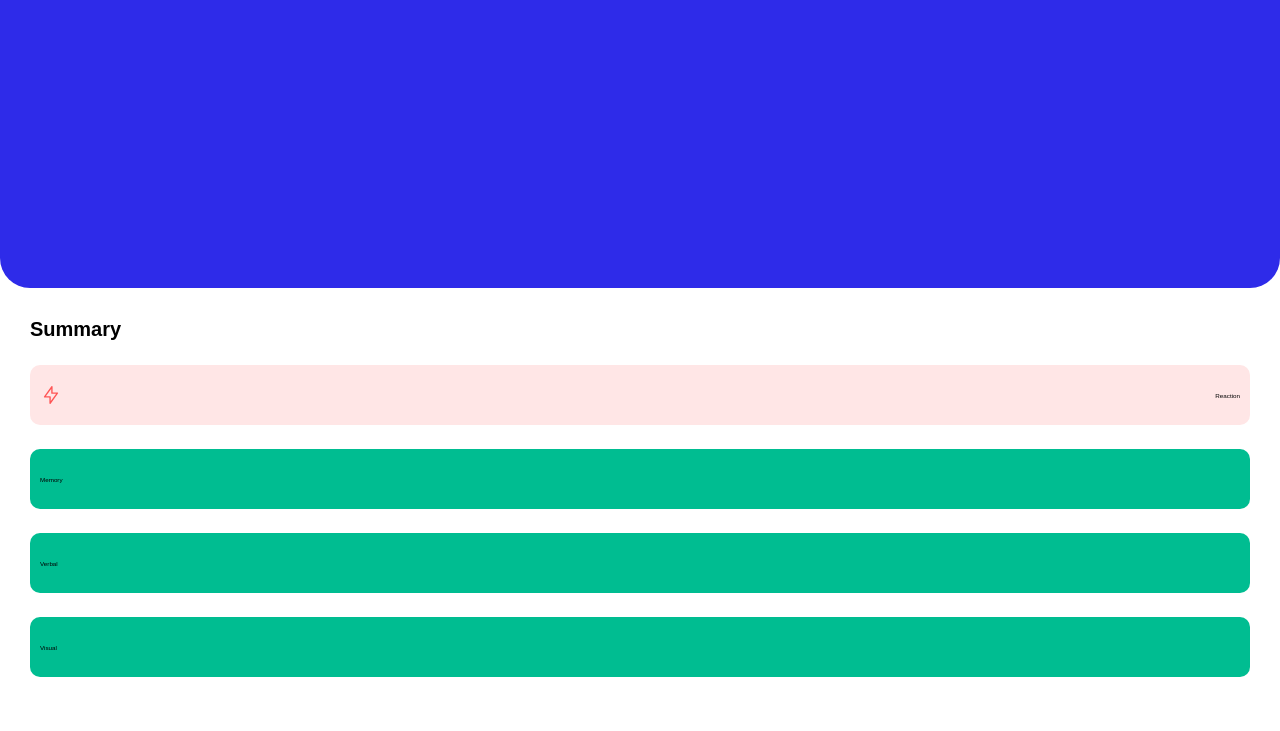
Repository: limaneto/frontend-mentor-results-summary
Page: index.html
The author's editor kept a copy of each file at every save. The page is drawn from the files as they stood at one save, then again after the next save.
The browser window is 1280 px wide. The pictures show the whole page.

Above is the page before, as saved 2023-11-06 01:34:37.

### index.html
<!DOCTYPE html>
<html lang="en">
  <head>
    <meta charset="UTF-8">
    <meta name="viewport" content="width=device-width, initial-scale=1.0">
    <link rel="stylesheet" href="style.css">
  </head>
  <body>
    <main>
      <section id='result'></section>
      <summary>
        <h2>Summary</h2>
        <ul>
          <li id='reaction'>
            <img id='icons' src="./assets/images/icon-reaction.svg" alt="Lightning">
            Reaction
          </li>
          <li id='memory'>Memory</li>
          <li>Verbal</li>
          <li>Visual</li>
        </ul>
      </summary>
    </main>
  </body>
</html>

### style.css
:root {
  --red: #ff5959;
  --orangey:	#ffb01f;
  --green: #00bd91;
  --blue: #1125d4;
  --pale-blue: rgb(235, 241, 255);
  --white: rgb(255, 255, 255);
  --dark-gray-blue: #303b5a;
  --lavender: #c8c7ff;
  --g-slate-blue: #7857ff;
  --g-royal-blue: #2e2be9;
  --g-violet-blue: #4e21ca;
  --g-persian-blue: #2421ca;
}

@font-face {
  font-family: 'HankenGrotesk', sans-serif;
  src: url(./assets/fonts//HankenGrotesk-VariableFont_wght.ttf);
}

* {
  box-sizing: border-box;
  margin: 0;
  padding: 0;
}

html, body {
  font-size: 62.5%;
  font-family: 'HankenGrotesk', sans-serif;
  height: 100vh;
  width: 100vw;
}

li {
  display: block;
}

main {
  height: 100%;
  width: 100%;
}

section {
  height: 40%;
  background-color: var(--g-royal-blue);
  border-bottom-left-radius: 30px;
  border-bottom-right-radius: 30px;
}

summary {
  padding: 30px;
}

summary > h2 {
  font-size: 2rem;
}

summary > ul > li {
  display: flex;
  align-items: center;
  justify-content: space-between;
  width: 100%;
  height: 60px;
  padding: 0 10px;
  border-radius: 10px;
  background-color: #00bd91;
  margin: 24px 0;
}

#reaction {
  background-color: hsl(0, 100%, 95%);
}

#memory {
  hsl(39, 100%, 56%)
}

#icons {
  height: 2.2rem;
}

After the next save:
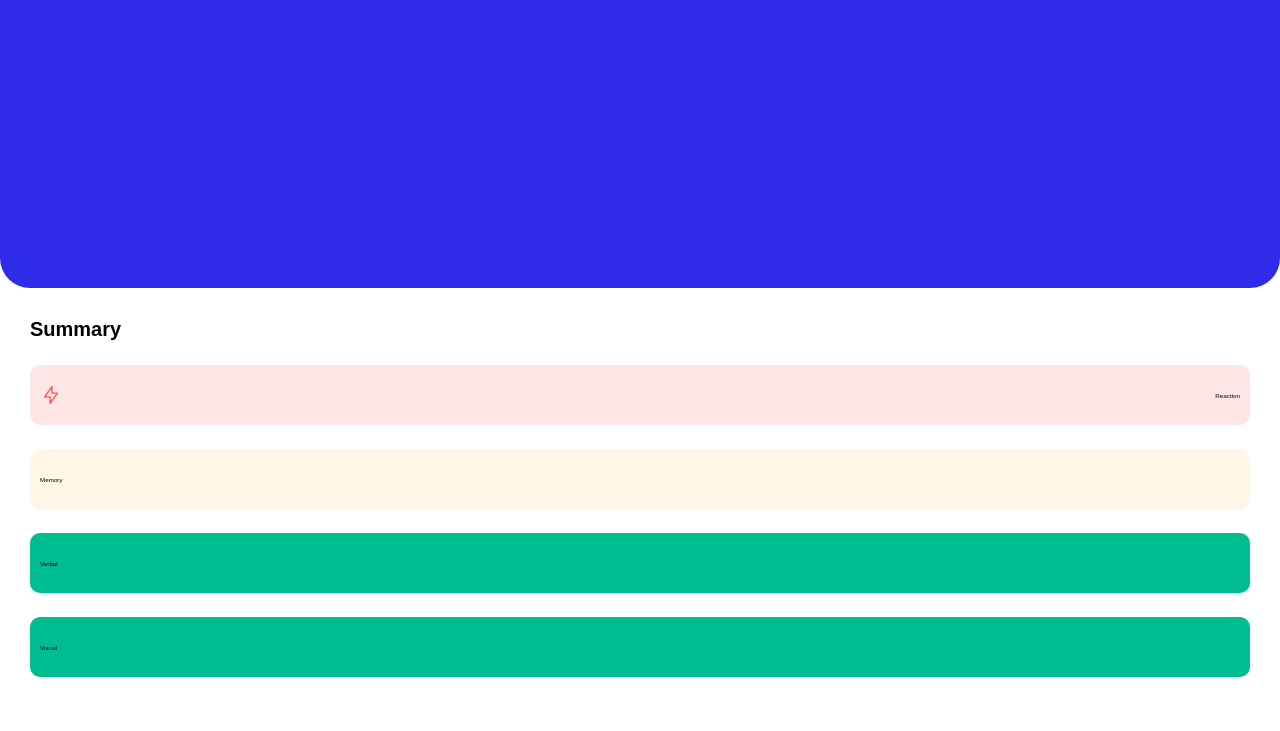
Saved 17 s later.
--- a/style.css
+++ b/style.css
@@ -72,7 +72,7 @@ summary > ul > li {
 }
 
 #memory {
-  hsl(39, 100%, 56%)
+  background-color: hsl(39, 100%, 95%)
 }
 
 #icons {
